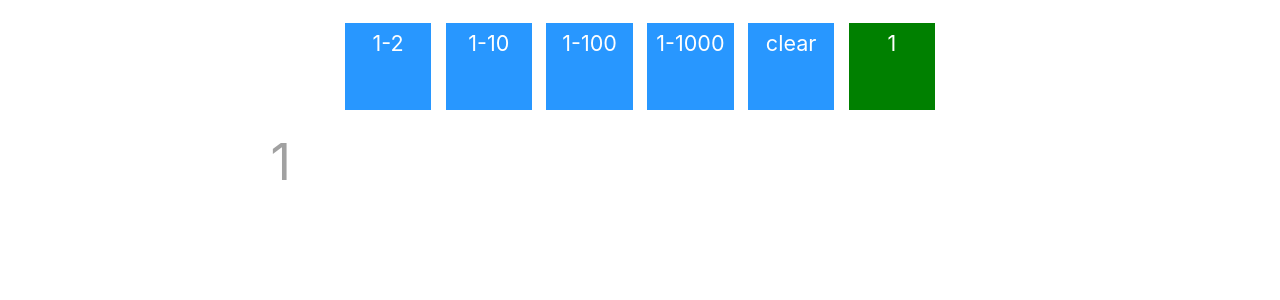
Repository: michalgornicki/number-generator
Page: /, after clicking the first element matching `div.button`
An editor plug-in stored every save of this project. The page is shown before and after a run of saves, followed by the edit.
The browser window is 1280 px wide. The pictures show the whole page.
The project was rebuilt for these pictures with package versions that can differ from the ones it lists, and the page was loaded fresh each time.

Above is the page before, as saved 2021-12-03 14:14:41.

### src/App.jsx
import React, { useState } from "react";
import "./App.css";

function App() {
  const [state, setState] = useState([]);
  var sum = (state.length > 0) ? state.reduce((a, b) => a + b) : 0

  return (
    <p>
      <div className="button-container">
        <div
          className="button"
          onClick={() =>
            setState([...state, Math.floor(Math.random() * 2 + 1)])
          }
        >
          1-2
        </div>
        <div
          className="button"
          onClick={() => setState([...state, Math.floor(Math.random() * 10)])}
        >
          1-10
        </div>
        <div
          className="button"
          onClick={() => setState([...state, Math.floor(Math.random() * 100)])}
        >
          1-100
        </div>
        <div
          className="button"
          onClick={() => setState([...state, Math.floor(Math.random() * 1000)])}
        >
          1-1000
        </div>
        <div className="button" onClick={() => setState([])}>
          clear
        </div>
        <div className="button green">{sum}</div>

      </div>

      <div className="map">
        {state.map((item, index) => {
          return <div className="map-item">{item}</div>;
        })}
      </div>
    </p>
  );
}

export default App;

### src/App.css
body{
    user-select: none;
}

.button-container{
    display: block;
    margin:auto;
    display: flex;
    justify-content: center;
}

.button{
    width: 10vmin;
    height: 10vmin;
    background-color: rgb(40, 151, 255);
    color: white;
    padding: 1vmin;
    margin: 1vmin;
    cursor: pointer;
    text-align: center;
    font-size: 3vmin;
}

.green{
    background-color: green;
}

.map{
    display: flex;
    flex-wrap: wrap;
    margin: auto;
    text-align: center;
    width: fit-content;
    width: 60%;
}

.map-item{
    padding: 2vmin;
    font-size: 7vmin;
    transition: 1s;
    color: rgb(161, 161, 161);
}

Loaded but not shown: public/index.html (common file); src/index.js (common file); src/index.css (common file); src/reportWebVitals.js (common file)

After the next 3 saves:
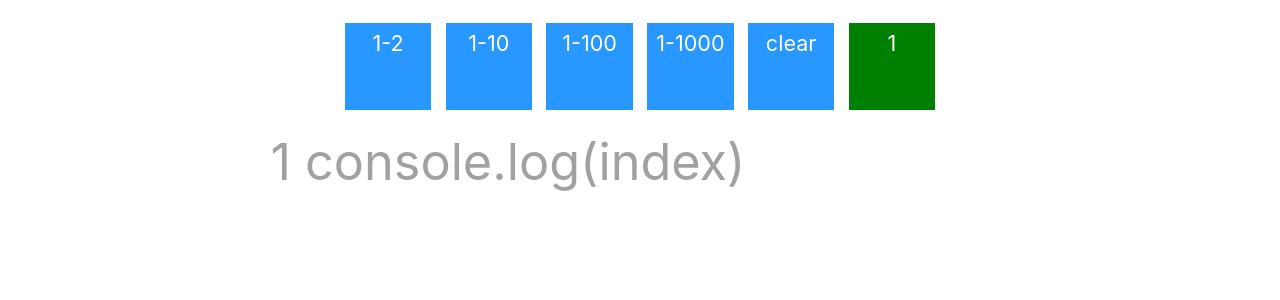
The 3 saves are shown as one change because they came seconds apart.
The last was saved 12 s later.
--- a/src/App.jsx
+++ b/src/App.jsx
@@ -43,7 +43,7 @@
 
       <div className="map">
         {state.map((item, index) => {
-          return <div className="map-item">{item}</div>;
+          return <div className="map-item">{item} console.log(index)</div>;
         })}
       </div>
     </p>

After the 5 saves that followed:
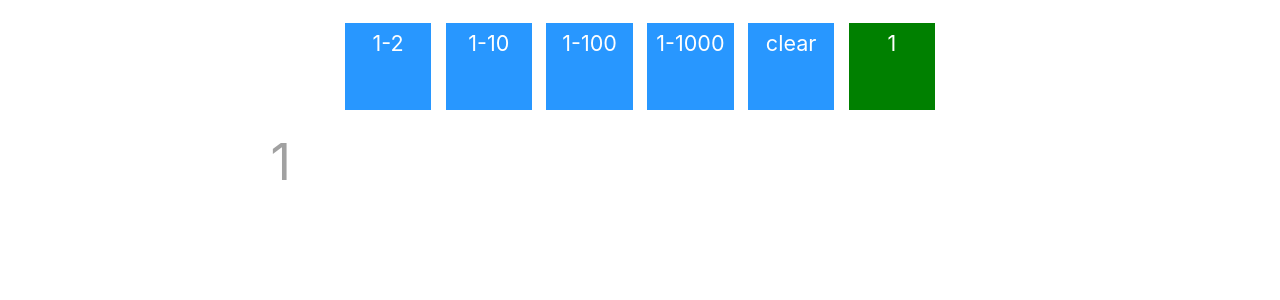
The 5 saves are shown as one change because 1 left the picture as it was and some came seconds apart.
The last was saved 15 s later.
--- a/src/App.jsx
+++ b/src/App.jsx
@@ -43,7 +43,7 @@
 
       <div className="map">
         {state.map((item, index) => {
-          return <div className="map-item">{item} console.log(index)</div>;
+          return <div className="map-item">{item} {console.log(index)}</div>;
         })}
       </div>
     </p>
